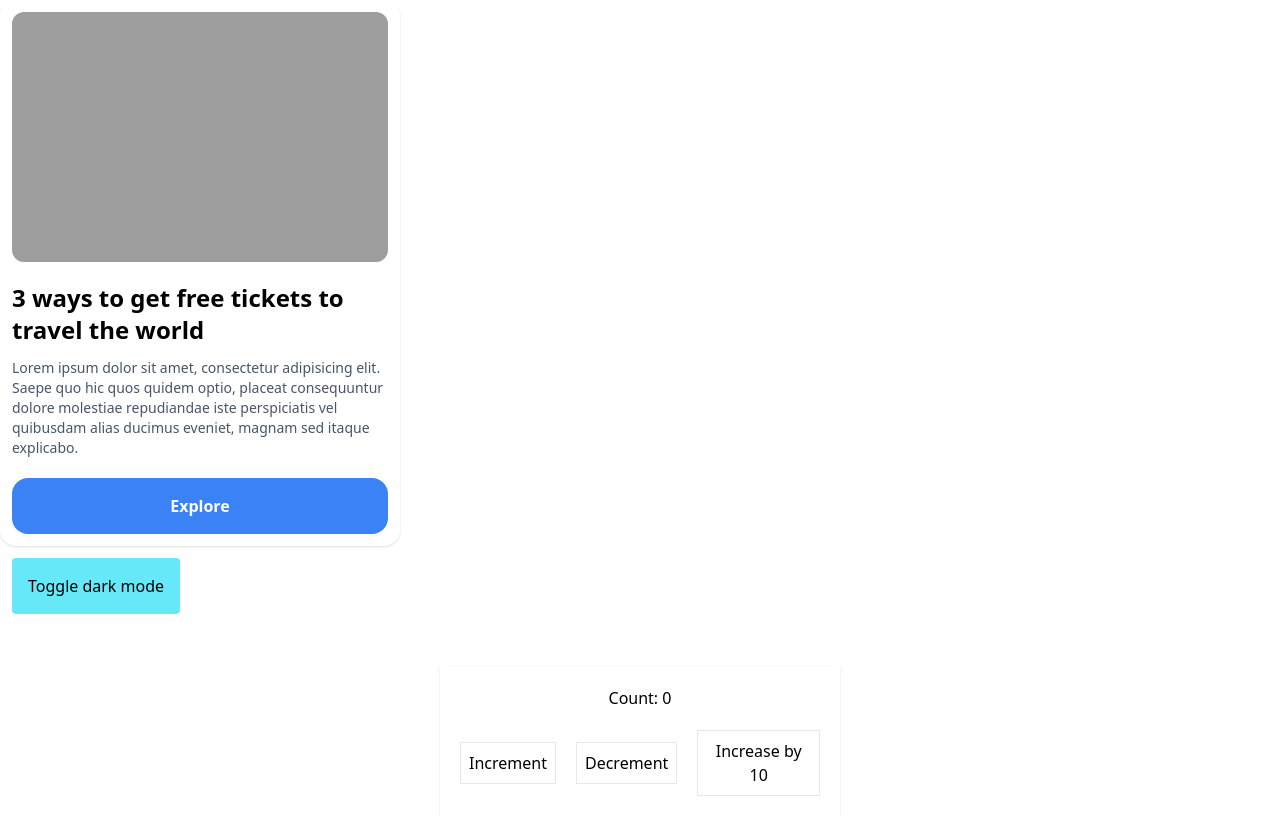
Repository: vophuocthanh/redux
Page: /
The author's editor kept a copy of each file at every save. The page is drawn from the files as they stood at one save, then again after the next save.
The browser window is 1280 px wide. The pictures show the whole page.
Pictures or frames that could not be fetched are drawn as grey boxes. The project was rebuilt for these pictures with package versions that can differ from the ones it lists, and the page was loaded fresh each time. Also part of the build but not shown: src/App.css.

Above is the page before, as saved 2023-03-09 00:36:27.

After the next save:
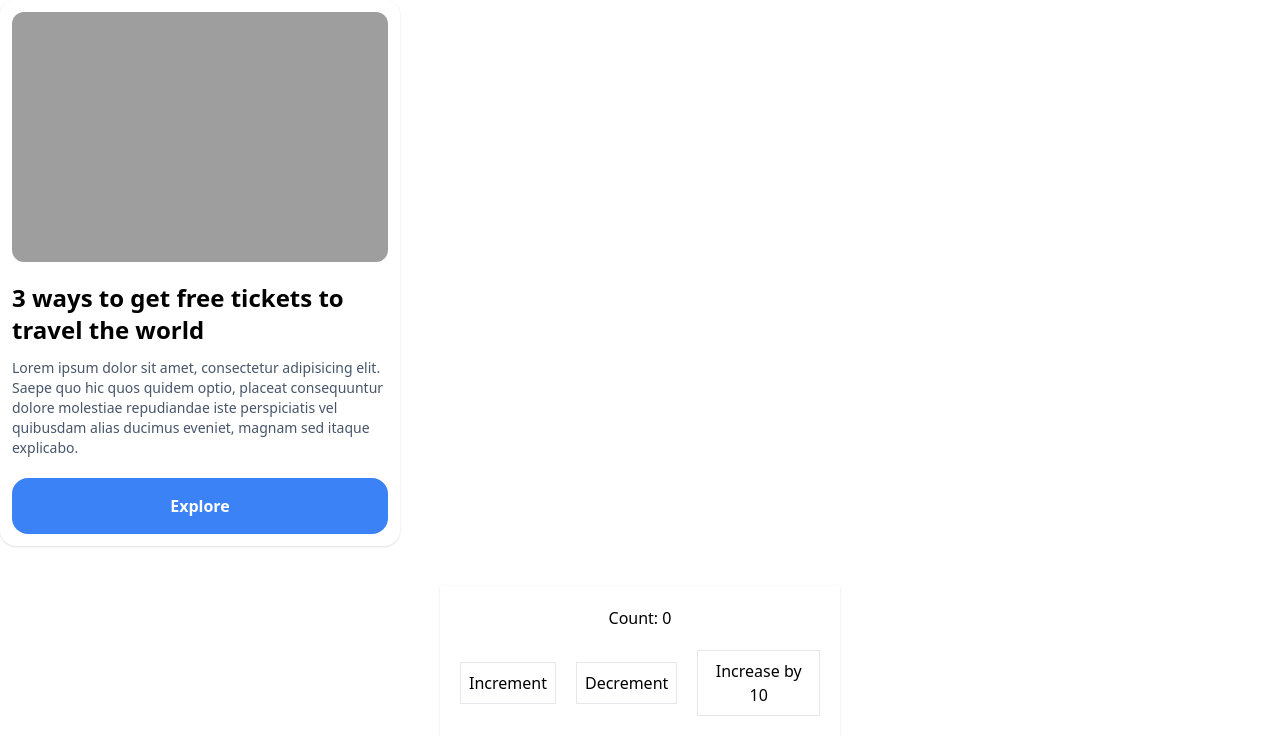
Saved 29 s later.
--- a/src/App.js
+++ b/src/App.js
@@ -22,7 +22,6 @@ function App() {
   return (
     <div>
       <Card></Card>
-      <SwitchDarkMode></SwitchDarkMode>
       <Counter></Counter>
     </div>
   );
